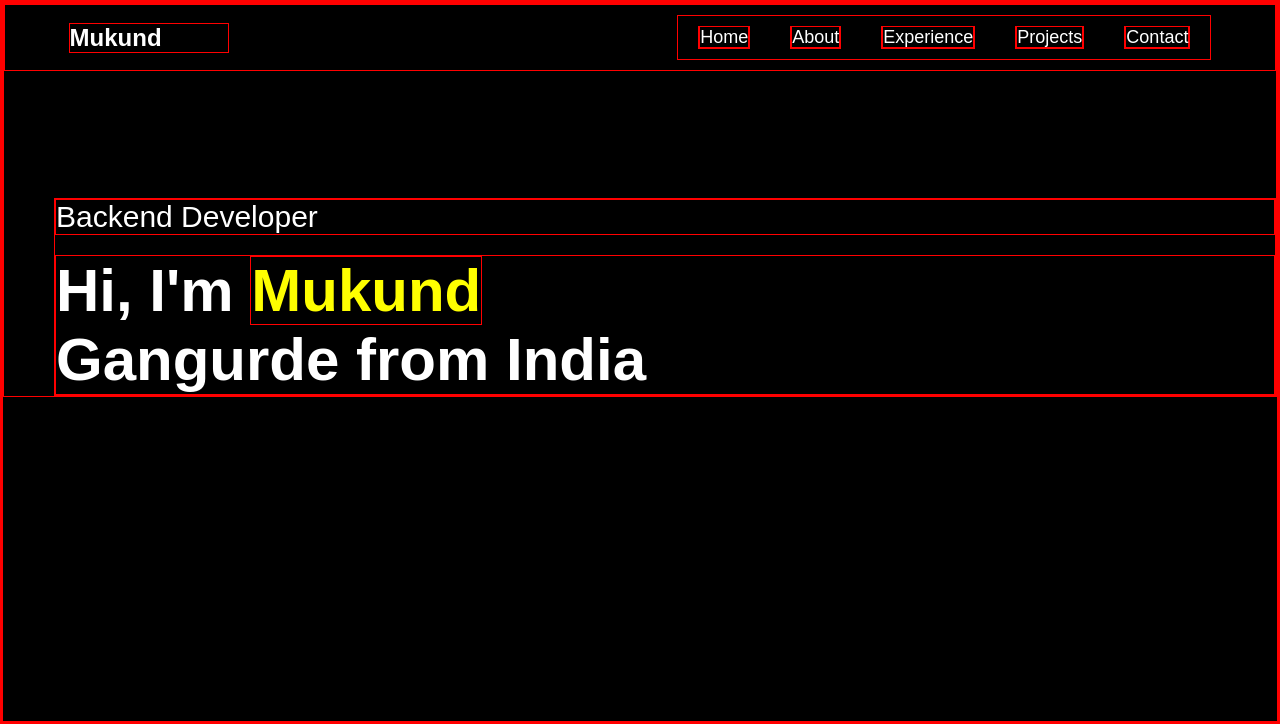
Repository: mukundgangurde/expense-tracker
Page: index.html
These files come from the project's save history. The page is drawn as it stood at one moment and after the next save; the edit follows.
The browser window is 1280 px wide. The pictures show the whole page.

Above is the page before, as saved 2025-11-02 18:05:26.

After the next save:
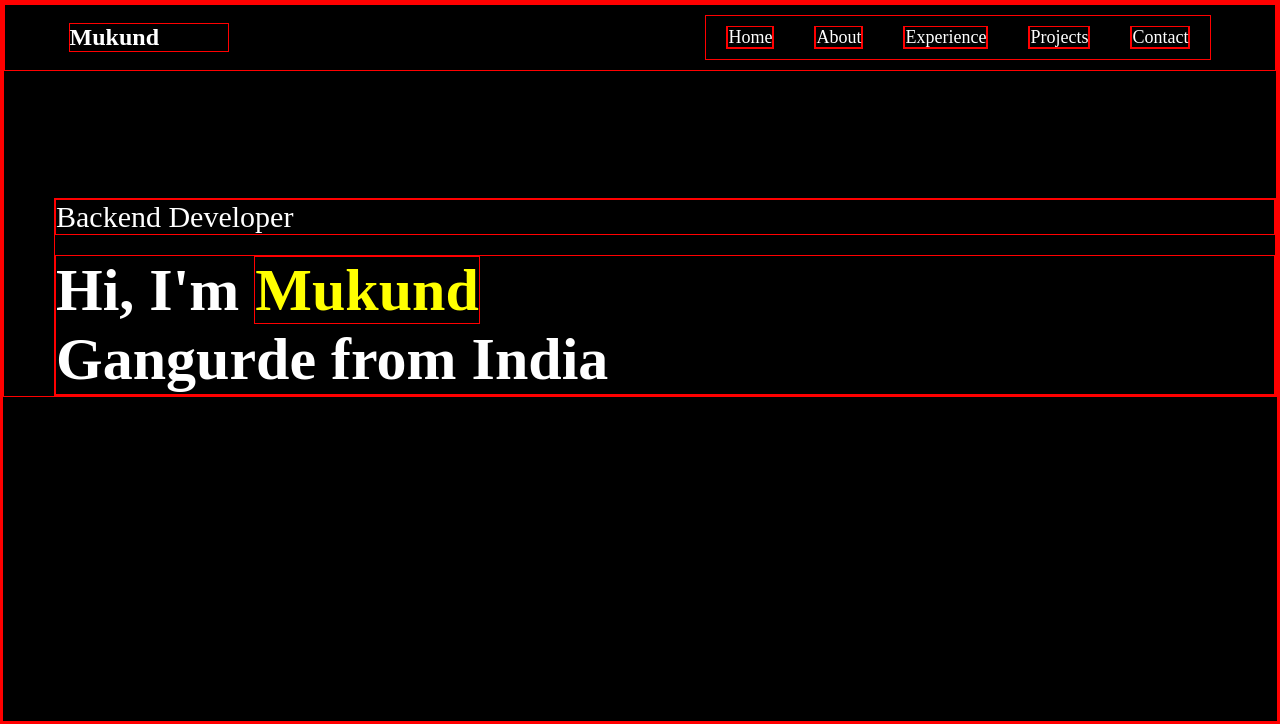
Saved 6 s later.
--- a/style.css
+++ b/style.css
@@ -2,7 +2,7 @@
   margin: 0;
   padding: 0;
   font-family: Brush Script MT;
-  font-family: Arial, Helvetica, sans-serif;
+  /* font-family: Arial, Helvetica, sans-serif; */
   box-sizing: border-box;
   border: 1px solid red;
 }
